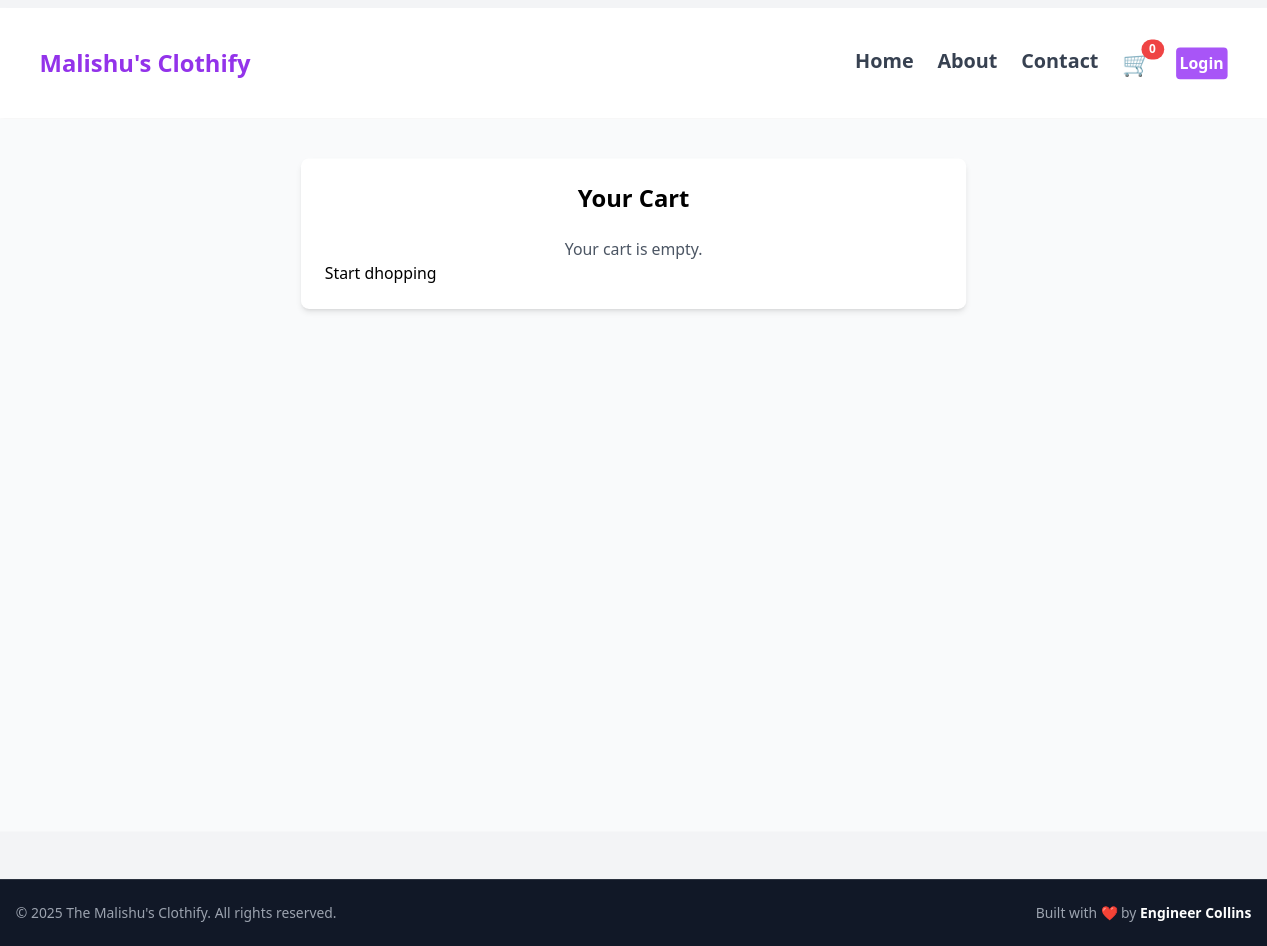
Repository: Engineer-collo/Modern-Ecommerce-Application
Page: /cart
These files come from the project's save history. The page is drawn as it stood at one moment and after the next save; the edit follows.
The browser window is 1280 px wide. The pictures show the whole page, at 99% of full size.
The project was rebuilt for these pictures with package versions that can differ from the ones it lists, and the page was loaded fresh each time. Also part of the build but not shown: vite.config.js, src/components/SignupForm.jsx, src/components/LoginForm.jsx, src/components/ProductCard.jsx, src/components/OfferCountdown.jsx, src/components/VideoSlider.jsx, src/components/ProductFeed.jsx, src/components/Contact.jsx and 2 more.

Above is the page before, as saved 2025-05-26 15:18:06.

### index.html
<!DOCTYPE html>
<html lang="en">
<head>
  <meta charset="UTF-8">
  <meta name="viewport" content="width=device-width, initial-scale=1.0">
  <title>Ecommerce</title>
</head>
<body class="bg-gray-100">
  <div id="root"></div>
  <script type="module" src="/src/main.jsx"></script>
</body>
</html>

### src/main.jsx
import React from 'react'
import ReactDOM from 'react-dom/client'
import './index.css'
import App from './App'

ReactDOM.createRoot(document.getElementById('root')).render(
  <React.StrictMode>
    <App />
  </React.StrictMode>,
)

### src/App.jsx
import { BrowserRouter as Router, Routes, Route } from 'react-router-dom';
import { useEffect, useState } from 'react';
import Footer from './components/Footer';
import Navbar from './components/Navbar';
import SignupForm from './components/SignupForm';
import LoginForm from './components/LoginForm';
import ProductFeed from './components/ProductFeed';
import Contact from './components/Contact';
import About from './components/About';
import Cart from './components/Cart';
import ProductDetailsView from './components/ProductDetailsView';

import {
  showSuccessToast,
  ToastContainerWrapper,
} from './components/Toast';

function App() {
  const [cart, setCart] = useState([]);
  const [cartLoaded, setCartLoaded] = useState(false);

  // Load cart from localStorage
  useEffect(() => {
    const storedCart = localStorage.getItem("cart");
    if (storedCart) {
      try {
        setCart(JSON.parse(storedCart));
      } catch (error) {
        console.error("Failed to parse cart from localStorage:", error);
      }
    }
    setCartLoaded(true);
  }, []);

  // Save cart to localStorage when updated
  useEffect(() => {
    if (cartLoaded) {
      localStorage.setItem("cart", JSON.stringify(cart));
    }
  }, [cart, cartLoaded]);

  const addToCart = (product) => {
    setCart(prevCart => {
      const existing = prevCart.find(item => item.id === product.id);
      if (existing) {
        return prevCart.map(item =>
          item.id === product.id
            ? { ...item, quantity: item.quantity + 1 }
            : item
        );
      } else {
        return [...prevCart, { ...product, quantity: 1 }];
      }
    });
    showSuccessToast("Added to cart!");
  };

  const removeFromCart = (product) => {
    setCart(prevCart =>
      prevCart
        .map(item =>
          item.id === product.id
            ? { ...item, quantity: item.quantity - 1 }
            : item
        )
        .filter(item => item.quantity > 0)
    );
    showSuccessToast("Removed from cart!");
  };

  return (
    <Router>
      <Navbar cart={cart} />
      <Routes>
        <Route
          path="/"
          element={
            <ProductFeed
              showSuccessToast={showSuccessToast}
              cart={cart}
            />
          }
        />
        <Route
          path="/cart"
          element={
            <Cart
              cart={cart}
              removeFromCart={removeFromCart}
            />
          }
        />
        <Route path="/product/:id" element={<ProductDetailsView
         addToCart={addToCart}
        />} />
        <Route path="/login" element={<LoginForm />} />
        <Route path="/signup" element={<SignupForm />} />
        <Route path="/about" element={<About />} />
        <Route path="/contact" element={<Contact showSuccessToast={showSuccessToast} />} />
      </Routes>
      <ToastContainerWrapper />
      <Footer />
    </Router>
  );
}

export default App;

### src/components/Footer.jsx
const Footer = () => {
    return(
        <>
        <footer className="bg-gray-900 text-white py-6 mt-12">
  <div className="max-w-7xl mx-auto px-4 flex flex-col md:flex-row justify-between items-center space-y-4 md:space-y-0">
    <p className="text-sm text-gray-400">
      &copy; {new Date().getFullYear()} The Malishu's Clothify.  All rights reserved.
    </p>
    <p className="text-sm text-gray-400">
      Built with ❤️ by <span className="text-white font-semibold">Engineer Collins</span>
    </p>


  </div>
</footer>

        </>
    )
}

export default Footer

### src/components/Navbar.jsx
import React, { useState } from "react";
import { Link } from "react-router-dom";

const Navbar = ({ cart = [] }) => {
  const [isOpen, setIsOpen] = useState(false);

  const toggleMenu = () => setIsOpen(!isOpen);

  return (
    <header className="mt-2 bg-white shadow-md">
      <div className="max-w-7xl mx-auto px-10 py-10 flex flex-col md:flex-row md:justify-between md:items-center">
        <div className="flex justify-between items-center">
          <h1 className="text-2xl font-bold text-gray-800">
            <Link
              to="/"
              className="hover:text-blue-500 text-gray-700 transition"
            >
              <span className="text-purple-600">Malishu's Clothify</span>
            </Link>
          </h1>

          <div className="md:hidden">
            <button
              onClick={toggleMenu}
              className="text-gray-700 focus:outline-none"
            >
              <svg
                className="h-6 w-6"
                fill="none"
                stroke="currentColor"
                strokeWidth="2"
                viewBox="0 0 24 24"
              >
                <path
                  strokeLinecap="round"
                  strokeLinejoin="round"
                  d={
                    isOpen
                      ? "M6 18L18 6M6 6l12 12"
                      : "M4 6h16M4 12h16M4 18h16"
                  }
                />
              </svg>
            </button>
          </div>
        </div>

        {/* Removed search input here */}

        {/* Desktop nav */}
        <nav className="space-x-6 hidden md:flex">
          <Link
            to="/"
            className="text-xl hover:text-blue-500 font-bold text-gray-700 transition"
          >
            Home
          </Link>
          <Link
            to="/about"
            className="text-xl hover:text-blue-500 font-bold text-gray-700 transition"
          >
            About
          </Link>
          <Link
            to="/contact"
            className="text-xl hover:text-blue-500 font-bold text-gray-700 transition"
          >
            Contact
          </Link>
          <Link to="/cart" className="relative text-2xl font-bold hover:text-white transition">
  🛒
  <span className="absolute -top-2 -right-3 bg-red-500 text-white text-xs font-bold px-2 py-0.5 rounded-full">
    {cart.length}
  </span>
</Link>
          <Link
            to="/login"
            className="rounded p-1 bg-purple-500 font-bold text-white transition"
          >
            Login
          </Link>
        </nav>
      </div>

{/* Mobile nav */}
{isOpen && (
  <nav className="md:hidden bg-purple-600 text-white px-4 py-6 shadow-lg">
    <div className="flex flex-col items-center space-y-6">
      <Link
        to="/"
        className="text-2xl font-bold hover:text-white hover:underline transition"
      >
        Home
      </Link>
      <Link
        to="/about"
        className="text-2xl font-bold hover:text-white hover:underline transition"
      >
        About
      </Link>
      <Link
        to="/contact"
        className="text-2xl font-bold hover:text-white hover:underline transition"
      >
        Contact
      </Link>
      <Link to="/cart" className="relative text-2xl font-bold hover:text-white transition">
  🛒
  <span className="absolute -top-2 -right-3 bg-red-500 text-white text-xs font-bold px-2 py-0.5 rounded-full">
    {cart.length}
  </span>
</Link>
      <Link
        to="/login"
        className="text-center text-2xl font-bold bg-white text-purple-600 px-6 py-3 rounded-lg shadow-md hover:bg-purple-100 transition"
      >
        Login
      </Link>
    </div>
  </nav>
)}

    </header>
  );
};

export default Navbar;

### src/components/Cart.jsx
import React from "react";
import { useNavigate } from "react-router-dom";

const Cart = ({ cart = [], removeFromCart }) => {
  const navigate = useNavigate()
  const handleNavigateHome = () => navigate('/')
  const total = cart.reduce(
    (sum, item) => sum + item.price * item.quantity,
    0
  );

  return (
    <div className="min-h-screen flex items-start justify-center bg-gray-50 py-10">
      <div className="w-full max-w-2xl bg-white p-6 rounded-lg shadow-md">
        <h2 className="text-2xl font-bold mb-6 text-center">Your Cart</h2>

        {cart.length === 0 ? (
          <>
          <p className="text-center text-gray-600">Your cart is empty.</p>
          <button className="text">Start dhopping</button>
          </>
        ) : (
          <>
            <ul>
              {cart.map((item) => (
                <li
                  key={item.id}
                  className="flex justify-between items-center mb-4 border-b pb-4"
                >
                  <div className="flex items-center gap-4">
                    <img
                      src={item.image}
                      alt={item.title}
                      className="h-24 w-24 object-contain"
                    />
                    <div>
                      <p className="font-semibold">{item.title}</p>
                      <p className="text-sm text-gray-600">
                        ${item.price} × {item.quantity} = $
                        {(item.price * item.quantity).toFixed(2)}
                      </p>
                    </div>
                  </div>
                  <button
                    className="bg-red-500 text-white px-3 py-1 rounded hover:bg-red-600"
                    onClick={() => removeFromCart(item)}
                  >
                    −
                  </button>
                </li>
              ))}
            </ul>

            <div className="mt-6 text-2xl font-bold text-right">
              Total: ${total.toFixed(2)}
            </div>
          </>
        )}
      </div>
    </div>
  );
};

export default Cart;

### src/components/Toast.jsx
// src/components/Toast.js
import { toast, ToastContainer } from 'react-toastify';
import 'react-toastify/dist/ReactToastify.css';

// Toast functions
export const showSuccessToast = (message) =>
  toast.success(message, {
    className: 'bg-green-100 text-green-800 border border-green-300 rounded p-4',
    bodyClassName: 'text-sm',
    progressClassName: 'bg-green-500',
  });

export const showErrorToast = (message) =>
  toast.error(message, {
    className: 'bg-red-100 text-red-800 border border-red-300 rounded p-4',
    bodyClassName: 'text-sm',
    progressClassName: 'bg-red-500',
  });

export const showInfoToast = (message) =>
  toast.info(message, {
    className: 'bg-blue-100 text-blue-800 border border-blue-300 rounded p-4',
    bodyClassName: 'text-sm',
    progressClassName: 'bg-blue-500',
  });

export const showWarningToast = (message) =>
  toast.warn(message, {
    className: 'bg-yellow-100 text-yellow-800 border border-yellow-300 rounded p-4',
    bodyClassName: 'text-sm',
    progressClassName: 'bg-yellow-500',
  });

// Toast container
export const ToastContainerWrapper = () => (
  <ToastContainer position="top-center" autoClose={2000} />
);

Loaded but not shown: src/index.css (common file); tailwind.config.js (common file)

After the next save:
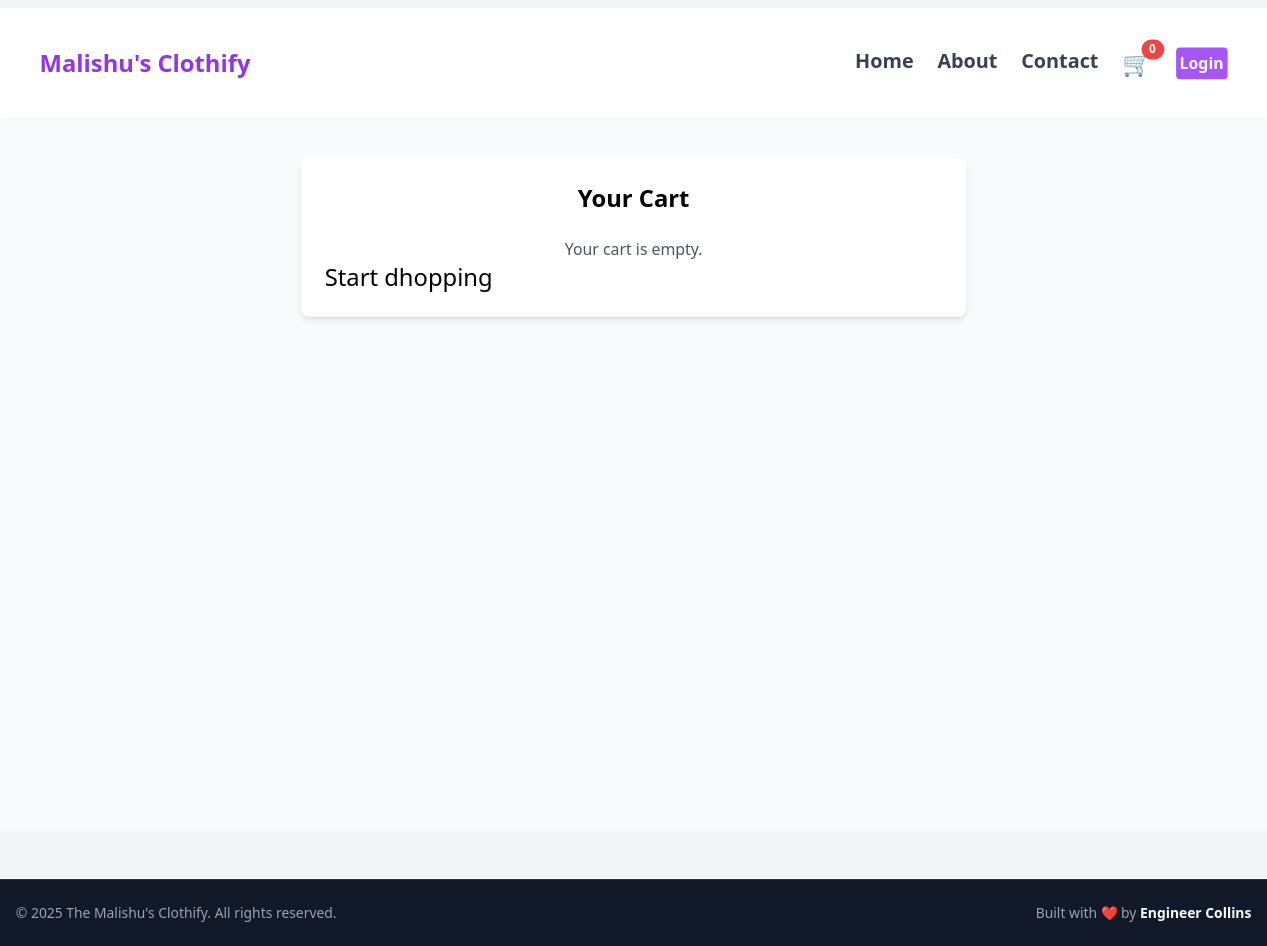
Saved 6 s later.
--- a/src/components/Cart.jsx
+++ b/src/components/Cart.jsx
@@ -17,7 +17,7 @@ const Cart = ({ cart = [], removeFromCart }) => {
         {cart.length === 0 ? (
           <>
           <p className="text-center text-gray-600">Your cart is empty.</p>
-          <button className="text">Start dhopping</button>
+          <button className="text-2xl">Start dhopping</button>
           </>
         ) : (
           <>
